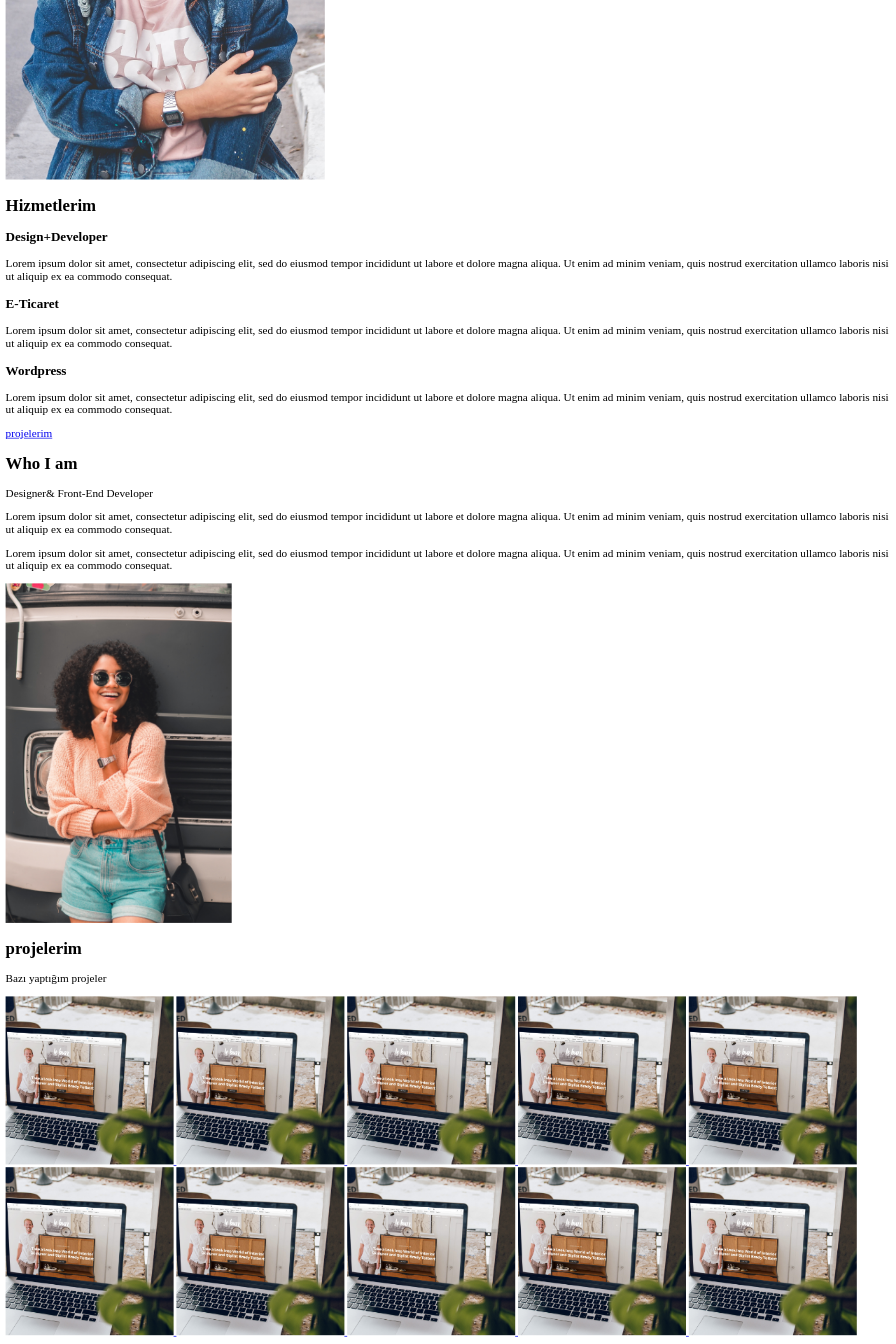
Repository: denizangin/portfolyo
Page: index.html
The author's editor kept a copy of each file at every save. The page is drawn from the files as they stood at one save, then again after the next save.
The browser window is 1280 px wide. The pictures show the part of the page from y = 688 to 2608 px (the page is 2608 px tall), at 70% of full size.

Above is the page before, as saved 2024-08-01 04:14:46.

### index.html
<!DOCTYPE html>
<html lang="tr">

<head>
    <meta charset="UTF-8">
    <meta name="viewport" content="width=device-width, initial-scale=1.0">
    <title> jane Smith Portfolyo</title>
</head>

<body>
    <header>
        <div class="logo">
            <img src="img/DEVJANE.png" alt="logo">
        </div>

        <button class="nav-toggle">
            <span class="hamburger"></span>
        </button>

        <nav class="nav">
            <ul class="nav__list">
                <li class="nav__item">
                    <a href="#home" class="nav__link">Anasayfa</a>
                </li>
                <li class="nav__item">
                    <a href="#services" class="nav__link">Hizmetlerim</a>
                </li>
                <li class="nav__item">
                    <a href="#" class="nav__link">Hakkımda</a>
                </li>
                <li class="nav__item">
                    <a href="#" class="nav__link">projelerim</a>
                </li>
            </ul>
        </nav>


    </header>

    <!-- Introduction-->
    <section class="intro" id="home">
        <h1 class="section__title section__title--intro"> Hi, I am <strong> jane Smith </strong> </h1>
        <P class="section__titlesection__subtitle--intro"> front-end dev</P>
        <img src="img/component (3).png" alt="jane smith gülümsediği foto">
    </section>

    <!--My Services-->
    <section class="my services" id="services">
        <h2 class="section__titile section__title--services"> Hizmetlerim</h2>
        <div class="services">
            <div class="service">
                <h3> Design+Developer</h3>
                <p> Lorem ipsum dolor sit amet, consectetur adipiscing elit, sed do eiusmod tempor incididunt ut labore
                    et dolore magna aliqua. Ut enim ad minim veniam, quis nostrud exercitation ullamco laboris nisi ut
                    aliquip ex ea commodo consequat.</p>
            </div>

            <div class="service ">
                <h3>E-Ticaret</h3>
                <p>Lorem ipsum dolor sit amet, consectetur adipiscing elit, sed do eiusmod tempor incididunt ut labore
                    et dolore magna aliqua. Ut enim ad minim veniam, quis nostrud exercitation ullamco laboris nisi ut
                    aliquip ex ea commodo consequat.</p>
            </div>

            <div class="service ">
                <h3>Wordpress</h3>
                <p>Lorem ipsum dolor sit amet, consectetur adipiscing elit, sed do eiusmod tempor incididunt ut labore
                    et dolore magna aliqua. Ut enim ad minim veniam, quis nostrud exercitation ullamco laboris nisi ut
                    aliquip ex ea commodo consequat.</p>
            </div>
        </div>

        <a href="#work"> projelerim </a>

    </section>

    <!--About Me-->
    <section class="about_me" id="about">
        <h2 class="section__title section __title--about"> Who I am</h2>
        <P class="section __subtitle section__subtitle--about">Designer& Front-End Developer</P>

        <div class="about-me__body">
            <p> Lorem ipsum dolor sit amet, consectetur adipiscing elit, sed do eiusmod tempor incididunt ut labore et
                dolore magna aliqua. Ut enim ad minim veniam, quis nostrud exercitation ullamco laboris nisi ut aliquip
                ex ea commodo consequat.</p>
            <p>Lorem ipsum dolor sit amet, consectetur adipiscing elit, sed do eiusmod tempor incididunt ut labore et
                dolore magna aliqua. Ut enim ad minim veniam, quis nostrud exercitation ullamco laboris nisi ut aliquip
                ex ea commodo consequat.</p>
        </div>

        <img src="img/component.png" alt="jane ayakta fotosu">
    </section>

    <!--My Work-->
     <section class="my-work" id="work">
        <h2 class= "section__title"> projelerim </h2>
        <p class="section__subtitle"> Bazı yaptığım projeler</p>

        <div class="portfolio">
            <a href="#" class="portfolio-item">
                <img src="img/component (15).png" class="portfolio__item">
                <img src="img/component (15).png" class="portfolio__item"><a href="#" class="portfolio-item">
                <img src="img/component (15).png" class="portfolio__item"><a href="#" class="portfolio-item">
                <img src="img/component (15).png" class="portfolio__item"><a href="#" class="portfolio-item">
                <img src="img/component (15).png" class="portfolio__item"><a href="#" class="portfolio-item">
                <img src="img/component (15).png" class="portfolio__item"><a href="#" class="portfolio-item">
                <img src="img/component (15).png" class="portfolio__item">
                <img src="img/component (15).png" class="portfolio__item">
                <img src="img/component (15).png" class="portfolio__item">
                <img src="img/component (15).png" class="portfolio__item">


            </a>

        </div>


     </section>











</body>

</html>

After the next save:
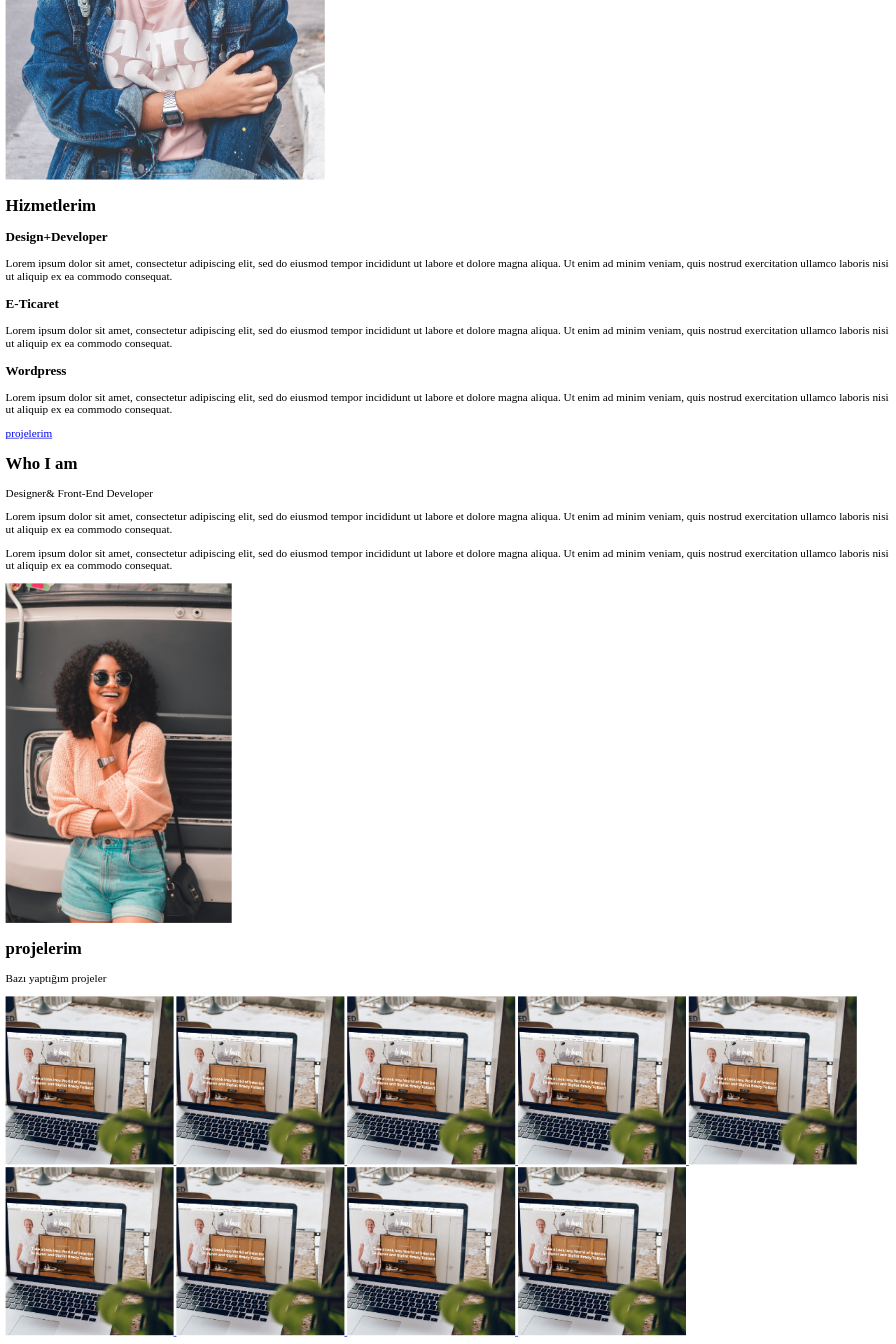
Saved 13 s later.
--- a/index.html
+++ b/index.html
@@ -101,9 +101,9 @@
                 <img src="img/component (15).png" class="portfolio__item">
                 <img src="img/component (15).png" class="portfolio__item"><a href="#" class="portfolio-item">
                 <img src="img/component (15).png" class="portfolio__item"><a href="#" class="portfolio-item">
-                <img src="img/component (15).png" class="portfolio__item"><a href="#" class="portfolio-item">
-                <img src="img/component (15).png" class="portfolio__item"><a href="#" class="portfolio-item">
-                <img src="img/component (15).png" class="portfolio__item"><a href="#" class="portfolio-item">
+                <img src="img/component (15).png" class="portfolio__item">
+                <img src="img/component (15).png" class="portfolio__item">
+                <img src="img/component (15).png" class="portfolio__item"
                 <img src="img/component (15).png" class="portfolio__item">
                 <img src="img/component (15).png" class="portfolio__item">
                 <img src="img/component (15).png" class="portfolio__item">

After the 2 saves that followed:
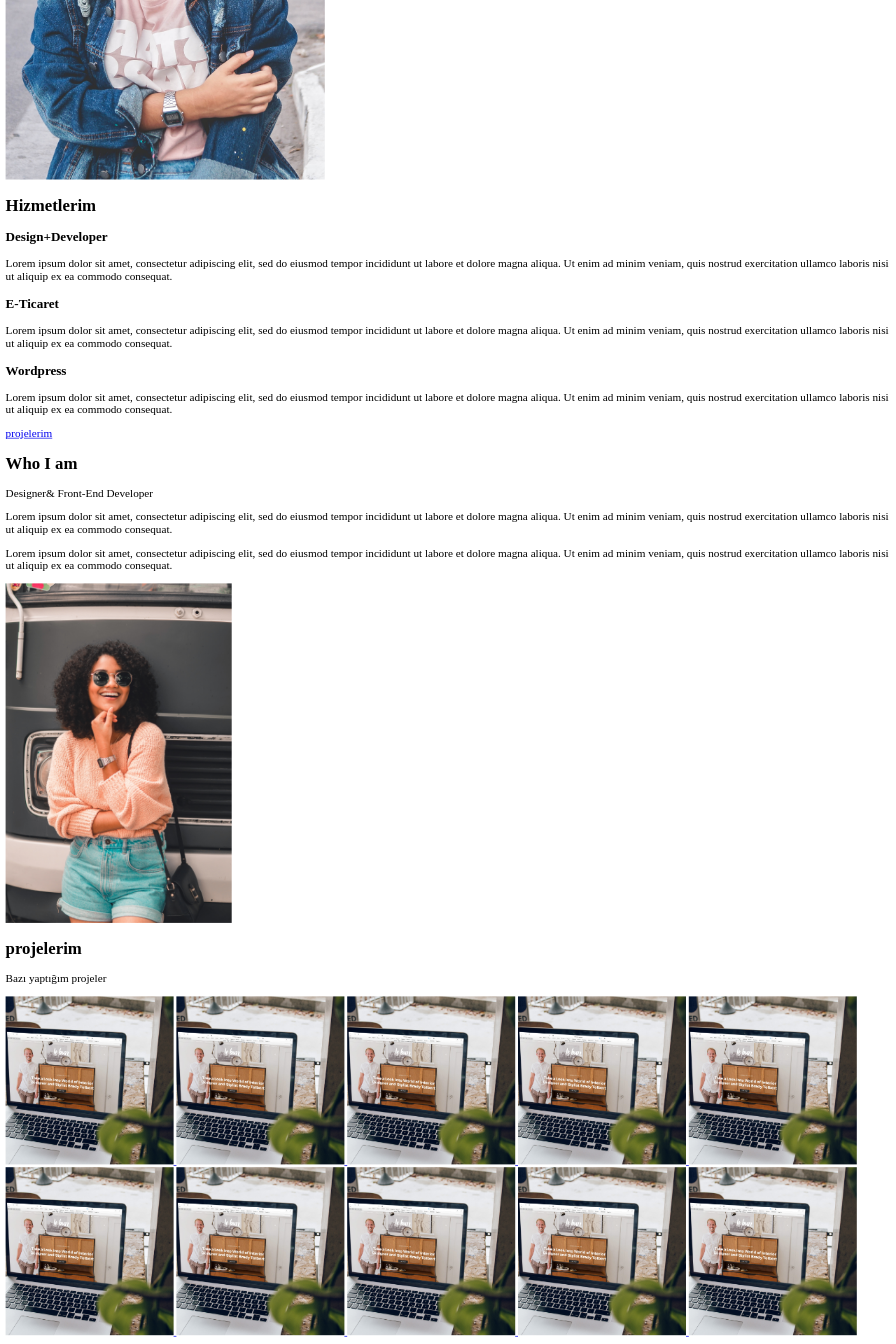
The 2 saves are shown as one change because they came seconds apart.
The last was saved 10 s later.
--- a/index.html
+++ b/index.html
@@ -99,11 +99,11 @@
         <div class="portfolio">
             <a href="#" class="portfolio-item">
                 <img src="img/component (15).png" class="portfolio__item">
-                <img src="img/component (15).png" class="portfolio__item"><a href="#" class="portfolio-item">
-                <img src="img/component (15).png" class="portfolio__item"><a href="#" class="portfolio-item">
                 <img src="img/component (15).png" class="portfolio__item">
                 <img src="img/component (15).png" class="portfolio__item">
-                <img src="img/component (15).png" class="portfolio__item"
+                <img src="img/component (15).png" class="portfolio__item">
+                <img src="img/component (15).png" class="portfolio__item">
+                <img src="img/component (15).png" class="portfolio__item">
                 <img src="img/component (15).png" class="portfolio__item">
                 <img src="img/component (15).png" class="portfolio__item">
                 <img src="img/component (15).png" class="portfolio__item">
